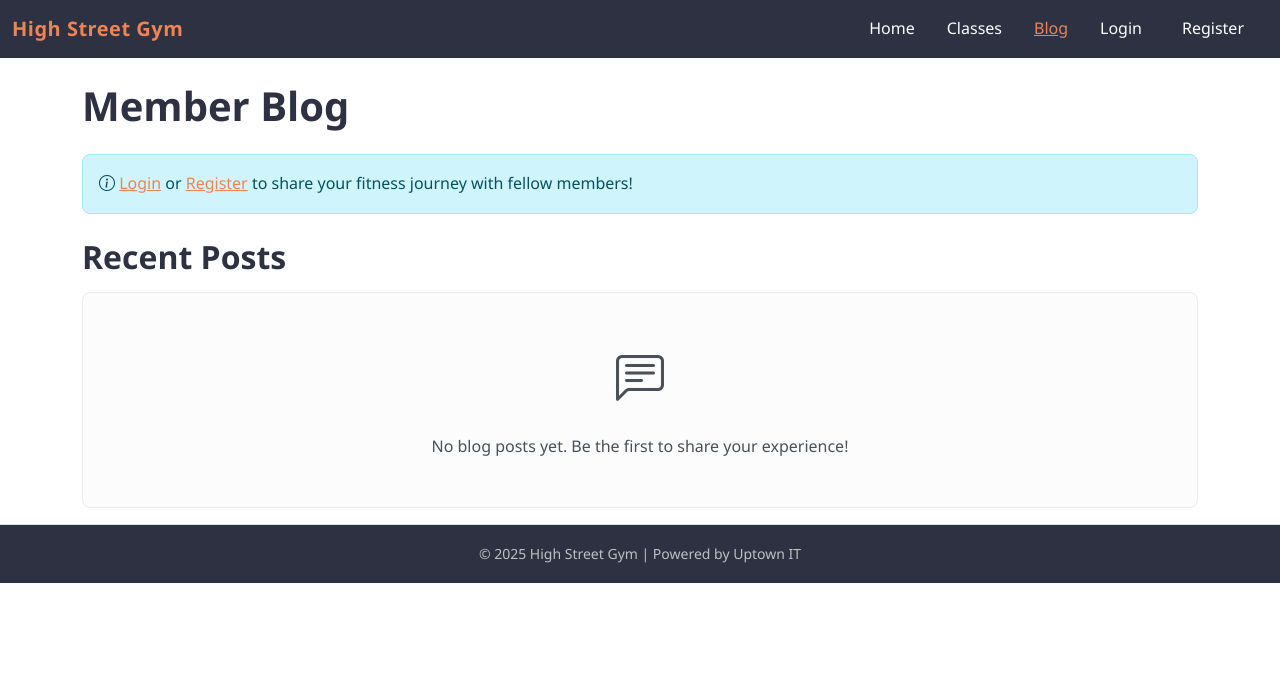
Repository: HBDSolutions/highstreetgym
Page: http://localhost/highstreetgym/controllers/content/blog_controller.php
An editor plug-in stored every save of this project. The page is shown before and after the next save, followed by the edit.
The browser window is 1280 px wide. The pictures show the whole page.
The page is run by PHP 8.4 with error messages shown; the project is at /var/www/html/. The database holds what the project's SQL file puts in it. Queries for data that is not in the repository find no rows.

Above is the page before, as saved 2025-10-30 17:19:54.

### controllers/content/blog_controller.php
<?php
/**
 * BLOG CONTENT CONTROLLER
 *
 * RESPONSIBILITY: Blog-specific data access, permissions, and view logic
 * - Handles blog post creation
 * - Manages data permissions (who can post/edit)
 * - Prepares data for view
 * - Uses public_layout for rendering
 */

// Start session (needed before layout)
if (session_status() === PHP_SESSION_NONE) {
    session_start();
}

// Include dependencies
require_once __DIR__ . '/../../models/database.php';
require_once __DIR__ . '/../../models/session.php';
require_once __DIR__ . '/../../models/blog_functions.php';

// Get authentication state (same as layout does)
$currentUser = get_current_user_display();
$isLoggedIn = $currentUser['is_logged_in'];
$userId = $currentUser['user_id'];
$userName = $currentUser['user_name'];
$userEmail = $currentUser['user_email'];
$userType = $currentUser['user_type'];

// Initialise view variables
$errors = [];
$success = '';
$posts = [];
$canCreatePost = false;
$canEditAll = false;

// DATA ACCESS PERMISSION: Can this user create posts?
if ($isLoggedIn) {
    $canCreatePost = true;
}

// DATA ACCESS PERMISSION: Can this user edit all posts?
if ($userType === 'admin') {
    $canEditAll = true;
}

// Handle form submission
if ($_SERVER['REQUEST_METHOD'] === 'POST' && isset($_POST['action'])) {

    if ($_POST['action'] === 'create_post') {
        // DATA PERMISSION CHECK
        if (!$canCreatePost) {
            $errors['auth'] = 'You must be logged in to create blog posts';
        } else {
            // Get form data
            $title = $_POST['title'] ?? '';
            $message = $_POST['message'] ?? '';

            // Call BUSINESS LOGIC in model
            $result = create_blog_post($conn, $userId, $title, $message);

            // VIEW LOGIC: Handle result
            if ($result['success']) {
                $_SESSION['success_message'] = $result['message'];
                header('Location: /highstreetgym/controllers/content/blog_controller.php');
                exit;
            } else {
                $errors = $result['errors'] ?? [];
            }
        }
    }
}

// Check for success message from session
if (isset($_SESSION['success_message'])) {
    $success = $_SESSION['success_message'];
    unset($_SESSION['success_message']);
}

// Get all blog posts using BUSINESS LOGIC from model
$posts = get_all_blog_posts($conn);

// VIEW LOGIC: Add permission flags to each post
foreach ($posts as &$post) {
    $post['can_edit'] = ($canEditAll || $post['user_id'] === $userId);
    $post['can_delete'] = ($canEditAll || $post['user_id'] === $userId);
}

// Define required view variables for layout controller
$pageTitle = 'Member Blog';
$contentView = __DIR__ . '/../../views/content/blog.php';

// Load layout controller (handles rendering)
require_once __DIR__ . '/../layouts/public_layout.php';
?>

### models/database.php
<?php

//database connection details
$servername = "localhost";
$username = "connect_hsg";
$password = "HighStreetGym1!";
$database = "highstreetgym";

//connect to the database
try {
	//connect to the database
	$conn = new PDO("mysql:host=$servername;dbname=$database", $username,	$password);
	//set the PDO error mode to exception
	$conn->setAttribute(PDO::ATTR_ERRMODE, PDO::ERRMODE_EXCEPTION);
}
catch (PDOException $e) {
    die("Database connection failed: " . $e->getMessage());
}

?>

### models/session.php
<?php

// SESSION MANAGEMENT FUNCTIONS

// Check user is logged in

function is_user_logged_in() {
    return isset($_SESSION['logged_in']) && $_SESSION['logged_in'] === true;
}

//  Get user data

function get_current_user_display() {
    if (!is_user_logged_in()) {
        return [
            'is_logged_in' => false,
            'user_name' => 'Guest',
            'user_type' => null,
            'user_email' => null,
            'user_id' => null
        ];
    }

    return [
        'is_logged_in' => true,
        'user_name' => $_SESSION['user_name'] ?? 'User',
        'user_type' => $_SESSION['user_type'] ?? 'member',
        'user_email' => $_SESSION['user_email'] ?? '',
        'user_id' => $_SESSION['user_id'] ?? null
    ];
}

// Check user permission

function user_has_permission($requiredType) {
    if (!is_user_logged_in()) {
        return false;
    }

    $userType = $_SESSION['user_type'] ?? 'member';

    // Admin has all permissions
    if ($userType === 'admin') {
        return true;
    }

    // Check specific permission
    return $userType === $requiredType;
}

// Require user to be logged in

function require_login($redirectAfterLogin = '') {
    if (!is_user_logged_in()) {
        $redirect = $redirectAfterLogin ?: $_SERVER['REQUEST_URI'];
        header('Location: controllers/login.php?msg=login_required&redirect=' . urlencode($redirect));
        exit;
    }
}

// Require specific user type/permission

function require_permission($requiredType) {
    require_login(); // First ensure logged in

    if (!user_has_permission($requiredType)) {
        $_SESSION['error_message'] = 'You do not have permission to access this page.';
        header('Location: ../index.php');
        exit;
    }
}
?>

### controllers/layouts/public_layout.php
<?php
/**
 * PUBLIC LAYOUT CONTROLLER
 *
 * RESPONSIBILITY: Page-level setup for public (unauthenticated) pages
 * - Database connection
 * - Session management
 * - Authentication state (allows guests)
 * - Global navigation flags
 *
 * USAGE: Content controllers include this file and it renders the layout
 */

// Start session
if (session_status() === PHP_SESSION_NONE) {
    session_start();
}

// Include database and session models
require_once __DIR__ . '/../../models/database.php';
require_once __DIR__ . '/../../models/session.php';

// Get current user state (may be guest)
$currentUser = get_current_user_display();

// Make authentication state available globally
$isLoggedIn = $currentUser['is_logged_in'];
$userId = $currentUser['user_id'];
$userName = $currentUser['user_name'];
$userEmail = $currentUser['user_email'];
$userType = $currentUser['user_type'];

// Navigation flags for public layout
$showAdminMenu = $isLoggedIn && ($userType === 'admin');
$showMemberMenu = $isLoggedIn;
$showLoginButton = !$isLoggedIn;

// Login modal setup
$modalLoginError = $_SESSION['modal_login_error'] ?? null;
unset($_SESSION['modal_login_error']);

$showModalLoginError = !empty($modalLoginError);
$showLoginModal = $showModalLoginError;

$loginModalContext = [
    'showErrorAlert' => $showModalLoginError,
    'errorMessage' => $modalLoginError ?? '',
    'formAction' => '/highstreetgym/controllers/auth/login_controller.php'
];

// Navigation helper function
$currentPath = parse_url($_SERVER['REQUEST_URI'] ?? '/', PHP_URL_PATH) ?: '/';

function is_active($needle) {
    global $currentPath;
    return str_ends_with($currentPath, $needle) ? 'active' : '';
}

// Validate required variables from content controller
if (!isset($pageTitle)) {
    die('Error: Content controller must define $pageTitle');
}

if (!isset($contentView)) {
    die('Error: Content controller must define $contentView');
}

// Set page title for title tag
$title = $pageTitle . ' - High Street Gym';

// Render the public layout
include __DIR__ . '/../../views/layouts/public.php';
?>

### views/layouts/public.php
<!DOCTYPE html>
<html lang="en">
<head>
    <meta charset="UTF-8">
    <meta name="viewport" content="width=device-width, initial-scale=1.0">
    <title><?= htmlspecialchars($title) ?></title>

    <!-- Bootstrap CSS -->
    <link href="https://cdn.jsdelivr.net/npm/bootstrap@5.3.0/dist/css/bootstrap.min.css" rel="stylesheet">
    <!-- Bootstrap Icons -->
    <link rel="stylesheet" href="https://cdn.jsdelivr.net/npm/bootstrap-icons@1.11.0/font/bootstrap-icons.css">
    <!-- Custom CSS -->
    <link rel="stylesheet" href="/highstreetgym/assets/css/style.css">
</head>
<body>
    <!-- Navigation -->
    <?php include __DIR__ . '/../partials/nav.php'; ?>

    <!-- Main Content -->
    <main>
        <?php include $contentView; ?>
    </main>

    <!-- Footer -->
    <?php include __DIR__ . '/../partials/footer.php'; ?>

    <!-- Bootstrap JS -->
    <script src="https://cdn.jsdelivr.net/npm/bootstrap@5.3.0/dist/js/bootstrap.bundle.min.js"></script>
</body>
</html>

### views/partials/nav.php
<nav class="navbar navbar-expand-lg navbar-dark bg-dark">
    <div class="container-fluid">
        <a class="navbar-brand" href="/highstreetgym/index.php">High Street Gym</a>

        <button class="navbar-toggler" type="button" data-bs-toggle="collapse" data-bs-target="#navbarNav">
            <span class="navbar-toggler-icon"></span>
        </button>

        <div class="collapse navbar-collapse" id="navbarNav">
          <!-- Navigation Links -->
          <ul class="navbar-nav ms-auto mb-2 mb-lg-0">
              <li class="nav-item">
                  <a class="nav-link <?= is_active('home_controller.php') ?>" href="/highstreetgym/controllers/content/home_controller.php">Home</a>
              </li>
              <li class="nav-item">
                  <a class="nav-link <?= is_active('classes_controller.php') ?>" href="/highstreetgym/controllers/content/classes_controller.php">Classes</a>
              </li>
              <li class="nav-item">
                  <a class="nav-link <?= is_active('blog_controller.php') ?>" href="/highstreetgym/controllers/content/blog_controller.php">Blog</a>
              </li>

              <?php if ($showMemberMenu): ?>
                  <li class="nav-item">
                      <a class="nav-link <?= is_active('bookings_controller.php') ?>" href="/highstreetgym/controllers/content/bookings_controller.php">My Bookings</a>
                  </li>
              <?php endif; ?>

              <?php if ($showAdminMenu): ?>
                  <li class="nav-item dropdown">
                      <a class="nav-link dropdown-toggle" href="#" role="button" data-bs-toggle="dropdown">
                          Admin
                      </a>
                      <ul class="dropdown-menu">
                          <li><a class="dropdown-item" href="#">Manage Users</a></li>
                          <li><a class="dropdown-item" href="#">Manage Classes</a></li>
                      </ul>
                  </li>
              <?php endif; ?>

              <?php if ($isLoggedIn): ?>
                  <li class="nav-item dropdown">
                      <a class="nav-link dropdown-toggle" href="#" role="button" data-bs-toggle="dropdown">
                          Hello, <?= htmlspecialchars($userName) ?>
                      </a>
                      <ul class="dropdown-menu">
                          <li><a class="dropdown-item" href="/highstreetgym/controllers/content/bookings_controller.php">
                              <i class="bi bi-bookmark-check"></i> My Bookings
                          </a></li>
                          <li><hr class="dropdown-divider"></li>
                          <li><a class="dropdown-item" href="/highstreetgym/controllers/auth/logout_controller.php">
                              <i class="bi bi-box-arrow-right"></i> Logout
                          </a></li>
                      </ul>
                  </li>
              <?php else: ?>
                  <li class="nav-item">
                      <a class="nav-link" href="/highstreetgym/controllers/auth/login_controller.php">Login</a>
                  </li>
                  <li class="nav-item">
                      <a class="nav-link btn btn-success text-white ms-2" href="/highstreetgym/controllers/auth/register_controller.php">Register</a>
                  </li>
              <?php endif; ?>
          </ul>
      </div>
    </div>
</nav>

<!-- Login Modal -->
<?php if ($showLoginButton): ?>
    <?php include __DIR__ . '/modals/login_modal.php'; ?>
<?php endif; ?>

### views/partials/modals/login_modal.php
<div class="modal fade" id="loginModal" tabindex="-1" aria-labelledby="loginModalLabel" aria-hidden="true">
    <div class="modal-dialog modal-dialog-centered">
        <div class="modal-content">
            <div class="modal-header">
                <h5 class="modal-title" id="loginModalLabel">Member Login</h5>
                <button type="button" class="btn-close" data-bs-dismiss="modal" aria-label="Close"></button>
            </div>
            <div class="modal-body">
                <?php
                // Modal context
                $loginFormContext = $loginModalContext;
                include __DIR__ . '/../forms/login_form.php';
                ?>
            </div>
            <div class="modal-footer">
                <small class="text-muted">
                    Don't have an account? <a href="controllers/register.php">Register here</a>
                </small>
            </div>
        </div>
    </div>
</div>

<!-- Show modal if error exists -->
<?php if ($showLoginModal): ?>
<script>
    document.addEventListener('DOMContentLoaded', function() {
        var loginModal = new bootstrap.Modal(document.getElementById('loginModal'));
        loginModal.show();
    });
</script>
<?php endif; ?>

### views/partials/forms/login_form.php
<?php
// LOGIN FORM

// Extract context variables
$showErrorAlert = $loginFormContext['showErrorAlert'] ?? false;
$errorMessage = $loginFormContext['errorMessage'] ?? '';
$showSuccessAlert = $loginFormContext['showSuccessAlert'] ?? false;
$successMessageText = $loginFormContext['successMessageText'] ?? '';
$showInfoAlert = $loginFormContext['showInfoAlert'] ?? false;
$infoMessage = $loginFormContext['infoMessage'] ?? '';
$showCardWrapper = $loginFormContext['showCardWrapper'] ?? false;
$showRegisterLink = $loginFormContext['showRegisterLink'] ?? true;
$formAction = $loginFormContext['formAction'] ?? 'controllers/authcontroller.php';
$previousEmail = $loginFormContext['previousEmail'] ?? '';
$redirectUrl = $loginFormContext['redirectUrl'] ?? '';
?>

<?php if ($showCardWrapper): ?>
    <div class="row justify-content-center">
        <div class="col-md-6 col-lg-5">
            <div class="card shadow-sm">
                <div class="card-body p-4">
<?php endif; ?>

<h2 class="<?= $showCardWrapper ? 'card-title text-center mb-4' : 'mb-3' ?>">Member Login</h2>

<!-- Success Alert -->
<?php if ($showSuccessAlert): ?>
    <div class="alert alert-success alert-dismissible fade show" role="alert">
        <i class="bi bi-check-circle"></i> <?= htmlspecialchars($successMessageText) ?>
        <button type="button" class="btn-close" data-bs-dismiss="alert" aria-label="Close"></button>
    </div>
<?php endif; ?>

<!-- Error Alert -->
<?php if ($showErrorAlert): ?>
    <div class="alert alert-danger alert-dismissible fade show" role="alert">
        <i class="bi bi-exclamation-triangle"></i> <?= htmlspecialchars($errorMessage) ?>
        <button type="button" class="btn-close" data-bs-dismiss="alert" aria-label="Close"></button>
    </div>
<?php endif; ?>

<!-- Info Alert -->
<?php if ($showInfoAlert): ?>
    <div class="alert alert-info alert-dismissible fade show" role="alert">
        <i class="bi bi-info-circle"></i> <?= htmlspecialchars($infoMessage) ?>
        <button type="button" class="btn-close" data-bs-dismiss="alert" aria-label="Close"></button>
    </div>
<?php endif; ?>

<!-- Login Form -->
<form method="POST" action="<?= htmlspecialchars($formAction) ?>" id="loginForm" novalidate>
    <div class="mb-3">
        <label for="email" class="form-label">Email Address</label>
        <input type="email"
                class="form-control"
                id="email"
                name="email"
                value="<?= htmlspecialchars($previousEmail) ?>"
                required
                autocomplete="email">
        <div class="invalid-feedback">Please enter a valid email address.</div>
    </div>

    <div class="mb-3">
        <label for="password" class="form-label">Password</label>
        <input type="password"
                class="form-control"
                id="password"
                name="password"
                required
                autocomplete="current-password">
        <div class="invalid-feedback">Please enter your password.</div>
    </div>

    <!-- Redirect parameter -->
    <?php if ($redirectUrl): ?>
        <input type="hidden" name="redirect" value="<?= htmlspecialchars($redirectUrl) ?>">
    <?php endif; ?>

    <!-- Action identifier -->
    <input type="hidden" name="action" value="login">

    <div class="d-grid">
        <button type="submit" class="btn btn-primary btn-lg">Login</button>
    </div>
</form>

<!-- Register Link -->
<?php if ($showRegisterLink): ?>
    <div class="text-center mt-4">
        <p class="mb-0">Don't have an account?
            <a href="register.php" class="text-decoration-none">Register here</a>
        </p>
    </div>
<?php endif; ?>

<?php if ($showCardWrapper): ?>
                </div>
            </div>
        </div>
    </div>
<?php endif; ?>

<!--CLIENT-SIDE VALIDATION-->

<script>
    (function() {
        'use strict';

        const form = document.getElementById('loginForm');

        if (form) {
            form.addEventListener('submit', function(event) {
                if (!form.checkValidity()) {
                    event.preventDefault();
                    event.stopPropagation();
                }
                form.classList.add('was-validated');
            }, false);
        }
    })();
</script>

### views/partials/footer.php
<footer class="text-center text-muted py-3 border-top">
  <small>&copy; <?= date('Y') ?> High Street Gym | Powered by Uptown IT</small>
</footer>

### assets/css/style.css
/* === High Street Gym Custom Theme === */
:root {
  /* Base brand palette */
  --hsg-primary:   #EF8354;
  --hsg-secondary: #4F5D75;
  --hsg-muted:     #BFC0C0;
  --hsg-dark:      #2D3142;
  --hsg-light:     #FFFFFF;

  /* Bootstrap variable overrides */
  --bs-body-bg: var(--hsg-light);
  --bs-body-color: var(--hsg-dark);
  --bs-primary: var(--hsg-primary);
  --bs-secondary: var(--hsg-secondary);
  --bs-success: #2ECC71;
  --bs-danger:  #E74C3C;
  --bs-warning: #F1C40F;
  --bs-info:    #3498DB;
  --bs-border-radius: .5rem;
  --bs-font-sans-serif: "Segoe UI", Roboto, "Helvetica Neue", Arial, sans-serif;
}

/* === Global layout === */
body {
  background-color: var(--bs-body-bg);
  color: var(--bs-body-color);
  line-height: 1.6;
}

h1, h2, h3, h4 {
  font-weight: 600;
  color: var(--hsg-dark);
}

/* === Navbar === */
.navbar {
  background-color: var(--hsg-dark) !important;
}
.navbar .navbar-brand {
  color: var(--hsg-primary) !important;
  font-weight: 700;
  letter-spacing: .5px;
}
.navbar .nav-link {
  color: var(--hsg-light) !important;
  margin-right: 1rem;
  transition: color .2s ease-in-out;
}
.navbar .nav-link:hover,
.navbar .nav-link.active {
  color: var(--hsg-primary) !important;
  text-decoration: underline;
}

/* === Main container card === */
main.container {
  background: var(--hsg-light);
  padding: 2rem;
  border-radius: var(--bs-border-radius);
  box-shadow: 0 4px 12px rgba(0,0,0,0.08);
}

/* === Buttons === */
.btn-primary {
  background-color: var(--hsg-primary);
  border-color: var(--hsg-primary);
}
.btn-primary:hover {
  background-color: var(--hsg-secondary);
  border-color: var(--hsg-secondary);
}

/* === Tables === */
.table {
  color: var(--hsg-dark);
  border-color: var(--hsg-muted);
}
.table thead {
  background-color: var(--hsg-secondary);
  color: var(--hsg-light);
}
.table-striped tbody tr:nth-of-type(odd) {
  background-color: #f8f9fa;
}

/* === Footer === */
footer {
  background-color: var(--hsg-dark);
  color: var(--hsg-light);
  text-align: center;
  padding: 1rem 0;
}
footer small {
  color: var(--hsg-muted);
}

/* === Utility tweaks === */
a { color: var(--hsg-primary); }
a:hover { color: var(--hsg-secondary); }

.list-group-item {
  border: none;
  border-bottom: 1px solid var(--hsg-muted);
}

### database/schema/schema.sql (the tables this page reads)
CREATE TABLE `users` (
  `user_id` INT NOT NULL AUTO_INCREMENT,
  `first_name` VARCHAR(50) NOT NULL,
  `last_name` VARCHAR(50) NOT NULL,
  `email` VARCHAR(100) NOT NULL,
  `password_hash` VARCHAR(255) NOT NULL,
  `phone` VARCHAR(20) DEFAULT NULL,
  `user_type` ENUM('member', 'admin') DEFAULT 'member',
  `status` ENUM('active', 'inactive') DEFAULT 'active',
  `created_at` TIMESTAMP DEFAULT CURRENT_TIMESTAMP,
  PRIMARY KEY (`user_id`),
  UNIQUE KEY `email` (`email`)
) ENGINE=InnoDB DEFAULT CHARSET=utf8mb4 COLLATE=utf8mb4_general_ci;

INSERT INTO `users` (`first_name`, `last_name`, `email`, `password_hash`, `phone`, `user_type`, `status`) VALUES
('Admin', 'User', 'admin@highstreetgym.com', '$2y$10$92IXUNpkjO0rOQ5byMi.Ye4oKoEa3Ro9llC/.og/at2.uheWG/igi', '0400000000', 'admin', 'active');

INSERT INTO `users` (`first_name`, `last_name`, `email`, `password_hash`, `phone`, `user_type`, `status`) VALUES
('John', 'Smith', 'john.smith@email.com', '$2y$10$92IXUNpkjO0rOQ5byMi.Ye4oKoEa3Ro9llC/.og/at2.uheWG/igi', '0412345678', 'member', 'active');

Loaded but not shown: views/content/blog.php (200 lines, source omitted); models/blog_functions.php (286 lines, source omitted)

After the next save:
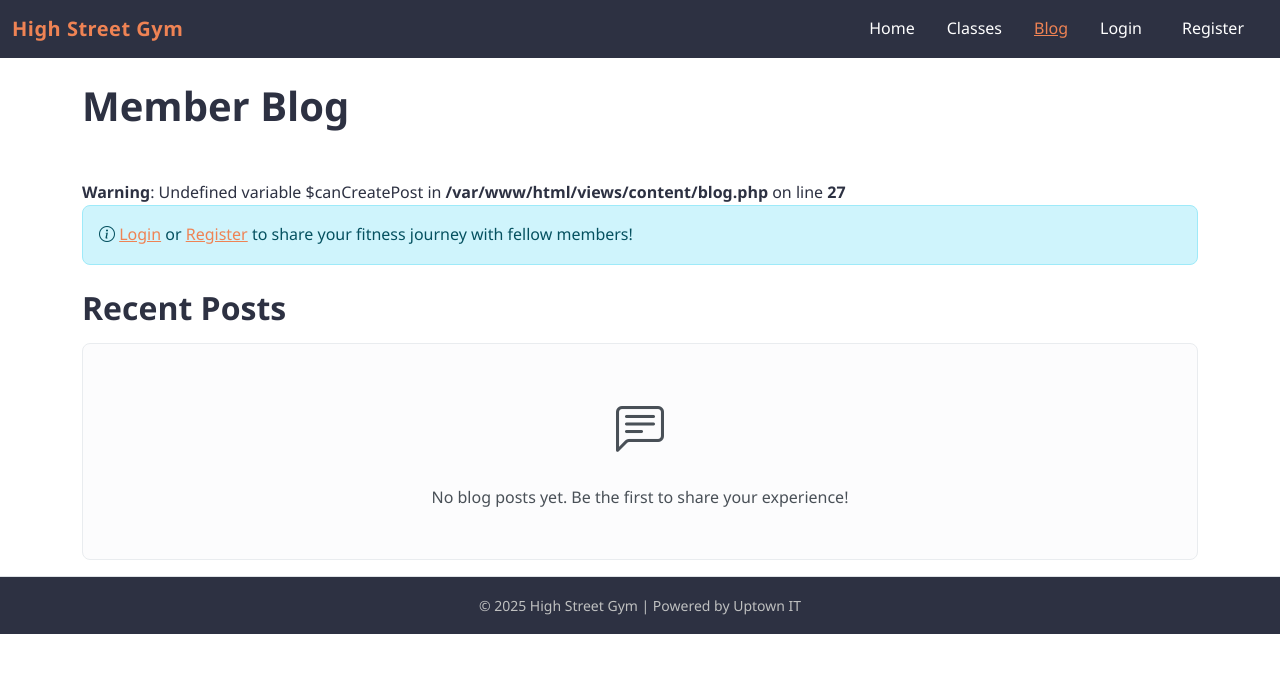
Saved 2 min 5 s later.
--- a/controllers/content/blog_controller.php
+++ b/controllers/content/blog_controller.php
@@ -9,7 +9,7 @@
  * - Uses public_layout for rendering
  */
 
-// Start session (needed before layout)
+// Start session
 if (session_status() === PHP_SESSION_NONE) {
     session_start();
 }
@@ -19,77 +19,62 @@ require_once __DIR__ . '/../../models/database.php';
 require_once __DIR__ . '/../../models/session.php';
 require_once __DIR__ . '/../../models/blog_functions.php';
 
-// Get authentication state (same as layout does)
+// Get authentication state
 $currentUser = get_current_user_display();
 $isLoggedIn = $currentUser['is_logged_in'];
 $userId = $currentUser['user_id'];
-$userName = $currentUser['user_name'];
-$userEmail = $currentUser['user_email'];
 $userType = $currentUser['user_type'];
 
-// Initialise view variables
+// Initialise variables
 $errors = [];
 $success = '';
-$posts = [];
-$canCreatePost = false;
-$canEditAll = false;
-
-// DATA ACCESS PERMISSION: Can this user create posts?
-if ($isLoggedIn) {
-    $canCreatePost = true;
-}
-
-// DATA ACCESS PERMISSION: Can this user edit all posts?
-if ($userType === 'admin') {
-    $canEditAll = true;
-}
+$showCreateForm = $isLoggedIn;
 
 // Handle form submission
-if ($_SERVER['REQUEST_METHOD'] === 'POST' && isset($_POST['action'])) {
+if ($_SERVER['REQUEST_METHOD'] === 'POST' && isset($_POST['action']) && $_POST['action'] === 'create_post') {
+    if (!$isLoggedIn) {
+        $errors['auth'] = 'You must be logged in to create blog posts';
+    } else {
+        $result = create_blog_post($conn, $userId, $_POST['title'] ?? '', $_POST['message'] ?? '');
 
-    if ($_POST['action'] === 'create_post') {
-        // DATA PERMISSION CHECK
-        if (!$canCreatePost) {
-            $errors['auth'] = 'You must be logged in to create blog posts';
+        if ($result['success']) {
+            $_SESSION['success_message'] = $result['message'];
+            header('Location: /highstreetgym/controllers/content/blog_controller.php');
+            exit;
         } else {
-            // Get form data
-            $title = $_POST['title'] ?? '';
-            $message = $_POST['message'] ?? '';
-
-            // Call BUSINESS LOGIC in model
-            $result = create_blog_post($conn, $userId, $title, $message);
-
-            // VIEW LOGIC: Handle result
-            if ($result['success']) {
-                $_SESSION['success_message'] = $result['message'];
-                header('Location: /highstreetgym/controllers/content/blog_controller.php');
-                exit;
-            } else {
-                $errors = $result['errors'] ?? [];
-            }
+            $errors = $result['errors'] ?? [];
         }
     }
 }
 
-// Check for success message from session
+// Check for success message
 if (isset($_SESSION['success_message'])) {
     $success = $_SESSION['success_message'];
     unset($_SESSION['success_message']);
 }
 
-// Get all blog posts using BUSINESS LOGIC from model
+// Get all blog posts
 $posts = get_all_blog_posts($conn);
 
-// VIEW LOGIC: Add permission flags to each post
-foreach ($posts as &$post) {
-    $post['can_edit'] = ($canEditAll || $post['user_id'] === $userId);
-    $post['can_delete'] = ($canEditAll || $post['user_id'] === $userId);
+// CONTROLLER PREPARES ALL DISPLAY LOGIC
+$postsHTML = '';
+if (empty($posts)) {
+    $postsHTML = '<p>No blog posts yet. Be the first to share your experience!</p>';
+} else {
+    foreach ($posts as $post) {
+        $postsHTML .= '<article>';
+        $postsHTML .= '<h3>' . htmlspecialchars($post['title']) . '</h3>';
+        $postsHTML .= '<p>Posted by ' . htmlspecialchars($post['first_name'] . ' ' . $post['last_name']);
+        $postsHTML .= ' on ' . date('F j, Y', strtotime($post['post_date'])) . '</p>';
+        $postsHTML .= '<p>' . nl2br(htmlspecialchars($post['message'])) . '</p>';
+        $postsHTML .= '</article>';
+    }
 }
 
-// Define required view variables for layout controller
+// Define view variables
 $pageTitle = 'Member Blog';
 $contentView = __DIR__ . '/../../views/content/blog.php';
 
-// Load layout controller (handles rendering)
+// Load layout
 require_once __DIR__ . '/../layouts/public_layout.php';
 ?>
